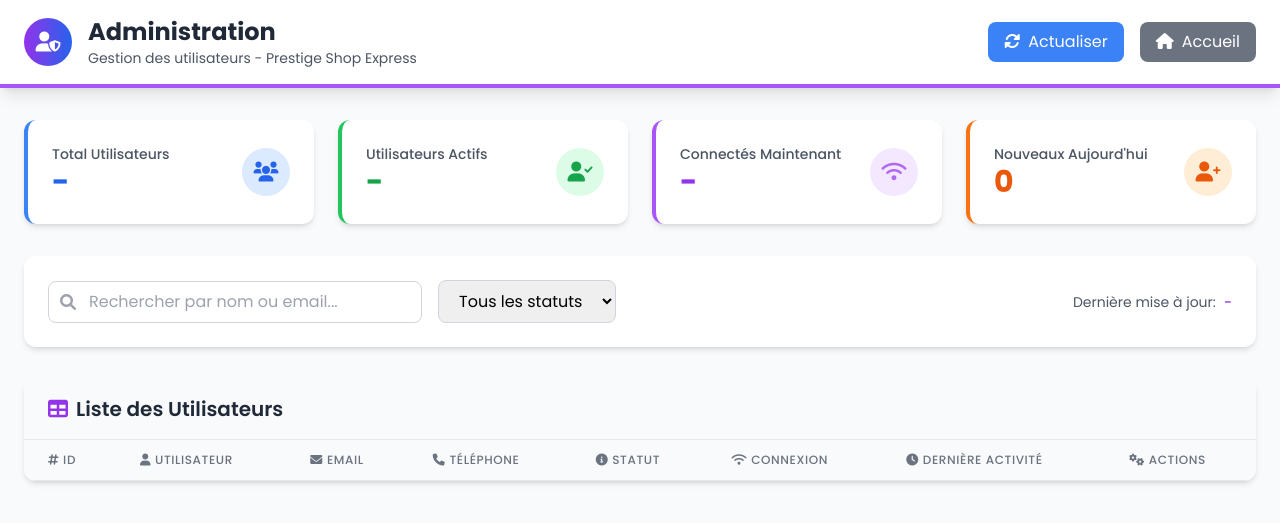
Repository: prestige225/prestige-shop-express-frontend
Page: admin.html
An editor plug-in stored every save of this project. The page is shown before and after the next save, followed by the edit.
The browser window is 1280 px wide. The pictures show the whole page.
The page's requests for data from a server got no answer. Some web libraries are served in a nearby version.

Above is the page before, as saved 2025-10-20 03:19:33.

### admin.html
<!DOCTYPE html>
<html lang="fr">
<head>
    <meta charset="UTF-8">
    <meta name="viewport" content="width=device-width, initial-scale=1.0">
    <title>Administration | Prestige Shop Express</title>
    <script src="https://cdn.tailwindcss.com"></script>
    <link href="https://cdnjs.cloudflare.com/ajax/libs/font-awesome/6.0.0/css/all.min.css" rel="stylesheet">
    <style>
        @import url('https://fonts.googleapis.com/css2?family=Poppins:wght@300;400;500;600;700;800&display=swap');

        body {
            font-family: 'Poppins', sans-serif;
        }

        .admin-card {
            transition: all 0.3s ease;
        }

        .admin-card:hover {
            transform: translateY(-2px);
            box-shadow: 0 10px 25px rgba(0,0,0,0.1);
        }

        .status-badge {
            animation: pulse 2s infinite;
        }

        @keyframes pulse {
            0%, 100% { opacity: 1; }
            50% { opacity: 0.7; }
        }

        .loading {
            display: inline-block;
            width: 20px;
            height: 20px;
            border: 3px solid #f3f3f3;
            border-top: 3px solid #3498db;
            border-radius: 50%;
            animation: spin 1s linear infinite;
        }

        @keyframes spin {
            0% { transform: rotate(0deg); }
            100% { transform: rotate(360deg); }
        }
    </style>
</head>
<body class="bg-gray-50 min-h-screen">

    <!-- Header -->
    <header class="bg-white shadow-lg border-b-4 border-purple-500">
        <div class="container mx-auto px-6 py-4">
            <div class="flex items-center justify-between">
                <div class="flex items-center space-x-4">
                    <div class="w-12 h-12 bg-gradient-to-r from-purple-600 to-blue-600 rounded-full flex items-center justify-center">
                        <i class="fas fa-user-shield text-white text-xl"></i>
                    </div>
                    <div>
                        <h1 class="text-2xl font-bold text-gray-800">Administration</h1>
                        <p class="text-gray-600 text-sm">Gestion des utilisateurs - Prestige Shop Express</p>
                    </div>
                </div>
                <div class="flex items-center space-x-4">
                    <button onclick="refreshData()" class="bg-blue-500 hover:bg-blue-600 text-white px-4 py-2 rounded-lg transition-colors">
                        <i class="fas fa-sync-alt mr-2"></i>Actualiser
                    </button>
                    <a href="index.html" class="bg-gray-500 hover:bg-gray-600 text-white px-4 py-2 rounded-lg transition-colors">
                        <i class="fas fa-home mr-2"></i>Accueil
                    </a>
                </div>
            </div>
        </div>
    </header>

    <!-- Main Content -->
    <main class="container mx-auto px-6 py-8">

        <!-- Statistiques -->
        <div class="grid grid-cols-1 md:grid-cols-4 gap-6 mb-8">
            <div class="admin-card bg-white rounded-xl shadow-md p-6 border-l-4 border-blue-500">
                <div class="flex items-center justify-between">
                    <div>
                        <p class="text-gray-600 text-sm font-medium">Total Utilisateurs</p>
                        <p class="text-3xl font-bold text-blue-600" id="total-users">-</p>
                    </div>
                    <div class="w-12 h-12 bg-blue-100 rounded-full flex items-center justify-center">
                        <i class="fas fa-users text-blue-600 text-xl"></i>
                    </div>
                </div>
            </div>

            <div class="admin-card bg-white rounded-xl shadow-md p-6 border-l-4 border-green-500">
                <div class="flex items-center justify-between">
                    <div>
                        <p class="text-gray-600 text-sm font-medium">Utilisateurs Actifs</p>
                        <p class="text-3xl font-bold text-green-600" id="active-users">-</p>
                    </div>
                    <div class="w-12 h-12 bg-green-100 rounded-full flex items-center justify-center">
                        <i class="fas fa-user-check text-green-600 text-xl"></i>
                    </div>
                </div>
            </div>

            <div class="admin-card bg-white rounded-xl shadow-md p-6 border-l-4 border-purple-500">
                <div class="flex items-center justify-between">
                    <div>
                        <p class="text-gray-600 text-sm font-medium">Connectés Maintenant</p>
                        <p class="text-3xl font-bold text-purple-600" id="online-users">-</p>
                    </div>
                    <div class="w-12 h-12 bg-purple-100 rounded-full flex items-center justify-center">
                        <i class="fas fa-wifi text-purple-600 text-xl status-badge"></i>
                    </div>
                </div>
            </div>

            <div class="admin-card bg-white rounded-xl shadow-md p-6 border-l-4 border-orange-500">
                <div class="flex items-center justify-between">
                    <div>
                        <p class="text-gray-600 text-sm font-medium">Nouveaux Aujourd'hui</p>
                        <p class="text-3xl font-bold text-orange-600" id="new-today">0</p>
                    </div>
                    <div class="w-12 h-12 bg-orange-100 rounded-full flex items-center justify-center">
                        <i class="fas fa-user-plus text-orange-600 text-xl"></i>
                    </div>
                </div>
            </div>
        </div>

        <!-- Filtres et Recherche -->
        <div class="bg-white rounded-xl shadow-md p-6 mb-8">
            <div class="flex flex-col md:flex-row md:items-center md:justify-between space-y-4 md:space-y-0">
                <div class="flex items-center space-x-4">
                    <div class="relative">
                        <i class="fas fa-search absolute left-3 top-1/2 transform -translate-y-1/2 text-gray-400"></i>
                        <input type="text" id="search-input" placeholder="Rechercher par nom ou email..."
                               class="pl-10 pr-4 py-2 border border-gray-300 rounded-lg focus:ring-2 focus:ring-purple-500 focus:border-transparent">
                    </div>
                    <select id="status-filter" class="px-4 py-2 border border-gray-300 rounded-lg focus:ring-2 focus:ring-purple-500">
                        <option value="">Tous les statuts</option>
                        <option value="actif">Actifs</option>
                        <option value="suspendu">Suspendus</option>
                    </select>
                </div>
                <div class="flex items-center space-x-2">
                    <span class="text-sm text-gray-600">Dernière mise à jour:</span>
                    <span id="last-update" class="text-sm font-medium text-purple-600">-</span>
                </div>
            </div>
        </div>

        <!-- Message de statut -->
        <div id="status-message" class="hidden mb-6">
            <div class="bg-blue-50 border-l-4 border-blue-500 text-blue-700 p-4 rounded-lg">
                <div class="flex items-center">
                    <div class="loading mr-3"></div>
                    <span>Chargement des données...</span>
                </div>
            </div>
        </div>

        <!-- Tableau des utilisateurs -->
        <div class="bg-white rounded-xl shadow-md overflow-hidden">
            <div class="px-6 py-4 border-b border-gray-200 bg-gray-50">
                <h2 class="text-xl font-semibold text-gray-800 flex items-center">
                    <i class="fas fa-table mr-2 text-purple-600"></i>
                    Liste des Utilisateurs
                </h2>
            </div>

            <div class="overflow-x-auto">
                <table class="w-full">
                    <thead class="bg-gray-50 border-b border-gray-200">
                        <tr>
                            <th class="px-6 py-3 text-left text-xs font-medium text-gray-500 uppercase tracking-wider">
                                <i class="fas fa-hashtag mr-1"></i>ID
                            </th>
                            <th class="px-6 py-3 text-left text-xs font-medium text-gray-500 uppercase tracking-wider">
                                <i class="fas fa-user mr-1"></i>Utilisateur
                            </th>
                            <th class="px-6 py-3 text-left text-xs font-medium text-gray-500 uppercase tracking-wider">
                                <i class="fas fa-envelope mr-1"></i>Email
                            </th>
                            <th class="px-6 py-3 text-left text-xs font-medium text-gray-500 uppercase tracking-wider">
                                <i class="fas fa-phone mr-1"></i>Téléphone
                            </th>
                            <th class="px-6 py-3 text-left text-xs font-medium text-gray-500 uppercase tracking-wider">
                                <i class="fas fa-info-circle mr-1"></i>Statut
                            </th>
                            <th class="px-6 py-3 text-left text-xs font-medium text-gray-500 uppercase tracking-wider">
                                <i class="fas fa-wifi mr-1"></i>Connexion
                            </th>
                            <th class="px-6 py-3 text-left text-xs font-medium text-gray-500 uppercase tracking-wider">
                                <i class="fas fa-clock mr-1"></i>Dernière Activité
                            </th>
                            <th class="px-6 py-3 text-left text-xs font-medium text-gray-500 uppercase tracking-wider">
                                <i class="fas fa-cogs mr-1"></i>Actions
                            </th>
                        </tr>
                    </thead>
                    <tbody id="users-table-body" class="bg-white divide-y divide-gray-200">
                        <!-- Les données seront chargées ici -->
                    </tbody>
                </table>
            </div>
        </div>

        <!-- Message si aucun utilisateur -->
        <div id="no-users-message" class="hidden text-center py-12">
            <div class="max-w-md mx-auto">
                <i class="fas fa-users text-gray-300 text-6xl mb-4"></i>
                <h3 class="text-xl font-semibold text-gray-600 mb-2">Aucun utilisateur trouvé</h3>
                <p class="text-gray-500">Il n'y a pas encore d'utilisateurs inscrits ou ils ne correspondent pas aux filtres appliqués.</p>
            </div>
        </div>
    </main>

    <script>
        let allUsers = [];
        let filteredUsers = [];

        // Charger les données au démarrage
        document.addEventListener('DOMContentLoaded', function() {
            loadUsers();

            // Actualiser automatiquement toutes les 30 secondes
            setInterval(loadUsers, 30000);

            // Événements de recherche et filtrage
            document.getElementById('search-input').addEventListener('input', filterUsers);
            document.getElementById('status-filter').addEventListener('change', filterUsers);
        });

        async function loadUsers() {
            showStatusMessage('Chargement des données...', 'loading');

            try {
                const response = await fetch('http://localhost:5000/api/users');
                const data = await response.json();

                if (data.success) {
                    allUsers = data.users;
                    filteredUsers = [...allUsers];
                    updateStatistics();
                    displayUsers();
                    updateLastUpdate();
                    hideStatusMessage();
                } else {
                    showStatusMessage('Erreur lors du chargement des données', 'error');
                }
            } catch (error) {
                console.error('Erreur:', error);
                showStatusMessage('Erreur de connexion au serveur', 'error');
            }
        }

        function updateStatistics() {
            const total = allUsers.length;
            const active = allUsers.filter(u => u.statut === 'actif').length;
            const online = allUsers.filter(u => u.statut_connexion === 'CONNECTÉ').length;

            document.getElementById('total-users').textContent = total;
            document.getElementById('active-users').textContent = active;
            document.getElementById('online-users').textContent = online;
            document.getElementById('new-today').textContent = '0';
        }

        function displayUsers() {
            const tbody = document.getElementById('users-table-body');
            const noUsersMessage = document.getElementById('no-users-message');

            if (filteredUsers.length === 0) {
                tbody.innerHTML = '';
                noUsersMessage.classList.remove('hidden');
                return;
            }

            noUsersMessage.classList.add('hidden');

            tbody.innerHTML = filteredUsers.map(user => `
                <tr class="hover:bg-gray-50 transition-colors">
                    <td class="px-6 py-4 whitespace-nowrap text-sm font-medium text-gray-900">
                        #${user.id}
                    </td>
                    <td class="px-6 py-4 whitespace-nowrap">
                        <div class="flex items-center">
                            <div class="w-10 h-10 bg-gradient-to-r from-purple-400 to-blue-400 rounded-full flex items-center justify-center text-white font-bold text-sm">
                                ${user.nom_complet ? user.nom_complet.charAt(0).toUpperCase() : 'U'}
                            </div>
                            <div class="ml-3">
                                <div class="text-sm font-medium text-gray-900">${user.nom_complet || 'N/A'}</div>
                            </div>
                        </div>
                    </td>
                    <td class="px-6 py-4 whitespace-nowrap text-sm text-gray-900">
                        ${user.email}
                    </td>
                    <td class="px-6 py-4 whitespace-nowrap text-sm text-gray-900">
                        ${user.numero || 'Non renseigné'}
                    </td>
                    <td class="px-6 py-4 whitespace-nowrap">
                        <span class="px-2 py-1 text-xs font-semibold rounded-full ${getStatusBadgeClass(user.statut)}">
                            ${user.statut}
                        </span>
                    </td>
                    <td class="px-6 py-4 whitespace-nowrap">
                        <span class="px-2 py-1 text-xs font-semibold rounded-full ${getConnectionBadgeClass(user.statut_connexion)}">
                            <i class="fas ${user.statut_connexion === 'CONNECTÉ' ? 'fa-circle' : 'fa-circle'} mr-1"></i>
                            ${user.statut_connexion}
                        </span>
                    </td>
                    <td class="px-6 py-4 whitespace-nowrap text-sm text-gray-500">
                        ${formatDate(user.derniere_connexion)}
                    </td>
                    <td class="px-6 py-4 whitespace-nowrap text-sm font-medium">
                        <div class="flex space-x-2">
                            ${user.statut === 'actif' ?
                                `<button onclick="toggleUserStatus(${user.id}, 'suspendu')" class="text-yellow-600 hover:text-yellow-900 transition-colors mr-2">
                                    <i class="fas fa-ban"></i> Suspendre
                                </button>` :
                                `<button onclick="toggleUserStatus(${user.id}, 'actif')" class="text-green-600 hover:text-green-900 transition-colors mr-2">
                                    <i class="fas fa-check"></i> Activer
                                </button>`
                            }
                            <button onclick="deleteUser(${user.id}, '${user.nom_complet || 'cet utilisateur'}')" class="text-red-600 hover:text-red-900 transition-colors">
                                <i class="fas fa-trash-alt"></i> Supprimer
                            </button>
                        </div>
                    </td>
                </tr>
            `).join('');
        }

        function filterUsers() {
            const searchTerm = document.getElementById('search-input').value.toLowerCase();
            const statusFilter = document.getElementById('status-filter').value;

            filteredUsers = allUsers.filter(user => {
                const matchesSearch = !searchTerm ||
                    (user.nom_complet && user.nom_complet.toLowerCase().includes(searchTerm)) ||
                    user.email.toLowerCase().includes(searchTerm) ||
                    (user.numero && user.numero.includes(searchTerm));

                const matchesStatus = !statusFilter || user.statut === statusFilter;

                return matchesSearch && matchesStatus;
            });

            displayUsers();
        }

        async function toggleUserStatus(userId, newStatus) {
            const action = newStatus === 'actif' ? 'activer' : 'suspendre';

            if (!confirm(`Êtes-vous sûr de vouloir ${action} cet utilisateur ?`)) {
                return;
            }

            try {
                const endpoint = newStatus === 'actif' ? 'activer' : 'suspendre';
                const response = await fetch(`http://localhost:5000/api/${endpoint}/${userId}`, {
                    method: 'POST'
                });

                const data = await response.json();

                if (data.success) {
                    showStatusMessage(`Utilisateur ${action} avec succès`, 'success');
                    loadUsers(); // Recharger les données
                } else {
                    showStatusMessage(`Erreur lors de l'${action}`, 'error');
                }
            } catch (error) {
                console.error('Erreur:', error);
                showStatusMessage('Erreur de connexion', 'error');
            }
        }

        function refreshData() {
            loadUsers();
        }

        function getStatusBadgeClass(status) {
            switch(status) {
                case 'actif': return 'bg-green-100 text-green-800';
                case 'suspendu': return 'bg-red-100 text-red-800';
                default: return 'bg-gray-100 text-gray-800';
            }
        }

        function getConnectionBadgeClass(status) {
            return status === 'CONNECTÉ' ? 'bg-blue-100 text-blue-800' : 'bg-gray-100 text-gray-800';
        }

        function formatDate(dateString) {
            if (!dateString) return 'Jamais';

            const date = new Date(dateString);
            const now = new Date();
            const diffMs = now - date;
            const diffMins = Math.floor(diffMs / 60000);
            const diffHours = Math.floor(diffMs / 3600000);
            const diffDays = Math.floor(diffMs / 86400000);

            if (diffMins < 1) return 'À l\'instant';
            if (diffMins < 60) return `Il y a ${diffMins} min`;
            if (diffHours < 24) return `Il y a ${diffHours}h`;
            if (diffDays < 7) return `Il y a ${diffDays} jour(s)`;

            return date.toLocaleDateString('fr-FR');
        }

        function updateLastUpdate() {
            const now = new Date();
            document.getElementById('last-update').textContent = now.toLocaleTimeString('fr-FR');
        }

        function showStatusMessage(message, type) {
            const statusDiv = document.getElementById('status-message');
            const classes = {
                loading: 'bg-blue-50 border-blue-500 text-blue-700',
                success: 'bg-green-50 border-green-500 text-green-700',
                error: 'bg-red-50 border-red-500 text-red-700'
            };

            statusDiv.className = `mb-6 border-l-4 p-4 rounded-lg ${classes[type] || classes.loading}`;
            statusDiv.innerHTML = `
                <div class="flex items-center">
                    ${type === 'loading' ? '<div class="loading mr-3"></div>' :
                      type === 'success' ? '<i class="fas fa-check-circle mr-3"></i>' :
                      '<i class="fas fa-exclamation-circle mr-3"></i>'}
                    <span>${message}</span>
                </div>
            `;
            statusDiv.classList.remove('hidden');

            if (type !== 'loading') {
                setTimeout(() => {
                    statusDiv.classList.add('hidden');
                }, 5000);
            }
        }

        function hideStatusMessage() {
            const statusMessage = document.getElementById('status-message');
            statusMessage.classList.add('hidden');
        }

        async function deleteUser(userId, userName) {
            if (!confirm(`Êtes-vous sûr de vouloir supprimer définitivement ${userName} ? Cette action est irréversible.`)) {
                return;
            }

            try {
                showStatusMessage(`Suppression de ${userName} en cours...`, 'info');

                const response = await fetch(`http://localhost:5000/api/users/${userId}`, {
                    method: 'DELETE',
                    headers: {
                        'Content-Type': 'application/json',
                    }
                });

                const data = await response.json();

                if (data.success) {
                    showStatusMessage(`L'utilisateur ${userName} a été supprimé avec succès.`, 'success');
                    // Rafraîchir la liste des utilisateurs
                    await loadUsers();
                    // Actualiser les statistiques
                    updateStatistics();
                } else {
                    throw new Error(data.error || 'Erreur lors de la suppression');
                }
            } catch (error) {
                console.error('Erreur lors de la suppression:', error);
                showStatusMessage(`Erreur lors de la suppression de l'utilisateur: ${error.message}`, 'error');
            }

            // Masquer le message après 5 secondes
            setTimeout(hideStatusMessage, 5000);
        }
    </script>
</body>
</html>

After the next save:
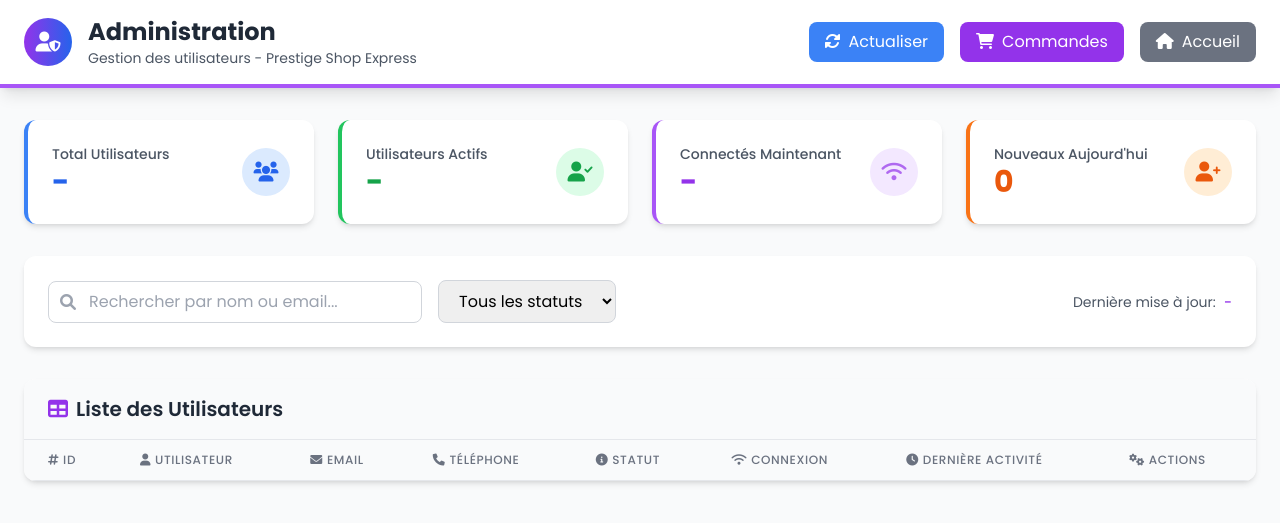
Saved 17 s later.
--- a/admin.html
+++ b/admin.html
@@ -66,6 +66,9 @@
                     <button onclick="refreshData()" class="bg-blue-500 hover:bg-blue-600 text-white px-4 py-2 rounded-lg transition-colors">
                         <i class="fas fa-sync-alt mr-2"></i>Actualiser
                     </button>
+                    <a href="admin_commandes.html" class="bg-purple-600 hover:bg-purple-700 text-white px-4 py-2 rounded-lg transition-colors">
+                        <i class="fas fa-shopping-cart mr-2"></i>Commandes
+                    </a>
                     <a href="index.html" class="bg-gray-500 hover:bg-gray-600 text-white px-4 py-2 rounded-lg transition-colors">
                         <i class="fas fa-home mr-2"></i>Accueil
                     </a>
